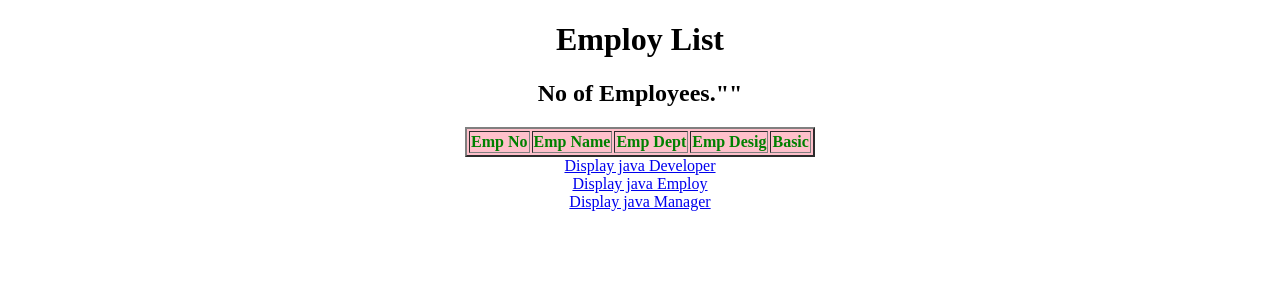
Repository: 1919satya/documents1-2
Page: http://localhost/springData/WEB-INF/views/home.jsp
The author's editor kept a copy of each file at every save. The page is drawn from the files as they stood at one save, then again after the next save.
The browser window is 1280 px wide. The pictures show the whole page.
The page is served by Tomcat 9. Nobody is signed in. The template is opened directly, without the code that normally fills it, so the values that code supplies are empty.

Above is the page before, as saved 2019-10-15 10:07:54.

After the next save:
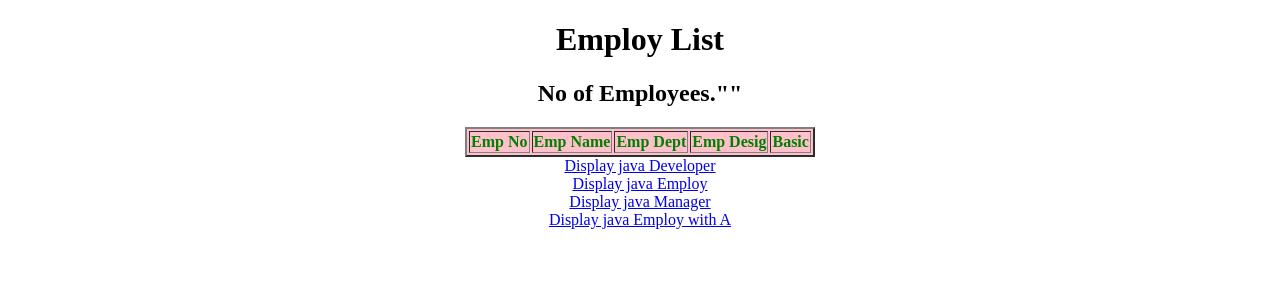
Saved 92 s later.
--- a/AdvanceSpring/springData/src/main/webapp/WEB-INF/views/home.jsp
+++ b/AdvanceSpring/springData/src/main/webapp/WEB-INF/views/home.jsp
@@ -33,6 +33,7 @@
 		<a href="/displayjavadeveloper" />Display java Developer </a></br>
 		<a href="/displayjavaemploy" />Display java Employ </a></br>
 		<a href="/displayjavamanager" />Display java Manager </a></br>
+		<a href="/displayjavawithA" />Display java Employ with A </a></br>
 	</div>
 
 </body>
